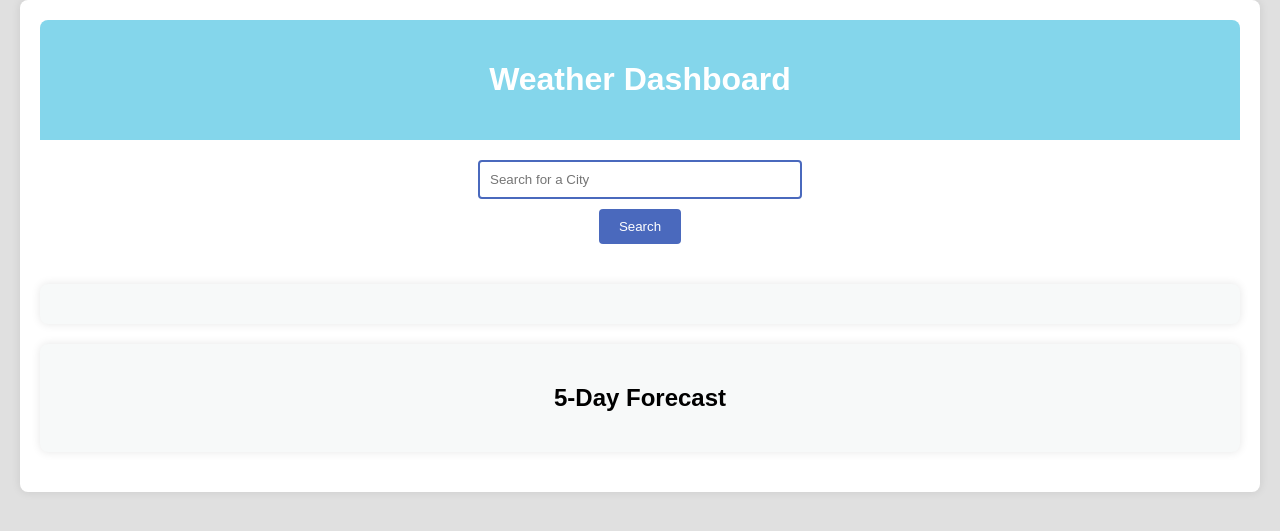
Repository: PaigeC001/WeatherOutlookTracker
Page: WeatherOutlookTracker/index.html
The author's editor kept a copy of each file at every save. The page is drawn from the files as they stood at one save, then again after the next save.
The browser window is 1280 px wide. The pictures show the whole page.

Above is the page before, as saved 2024-07-16 06:33:34.

### WeatherOutlookTracker/index.html
<!DOCTYPE html>
<html lang="en">
<head>
    <meta charset="UTF-8">
    <meta name="viewport" content="width=device-width, initial-scale=1.0">
    <title>Weather Dashboard</title>
    <link rel="stylesheet" href="styles.css">
</head>
<body>
    <div class="container">
        <!-- Added header section -->
        <header>
            <h1>Weather Dashboard</h1>
        </header>
        <main>
            <section class="search-section">
                <input type="text" id="city-input" placeholder="Search for a City">
                <button id="search-button">Search</button>
                <div id="search-history" class="search-history"></div>
            </section>
            <!-- Used sections with IDs for current weather and forecast -->
            <section id="current-weather" class="current-weather"></section>
            <section id="forecast" class="forecast">
                <h2>5-Day Forecast</h2>
                <div id="forecast-items" class="forecast-items"></div>

                <script src="script.js"></script>
</body>
</html>

### WeatherOutlookTracker/styles.css
body {
    font-family: Arial, sans-serif;
    background: #e0e0e0;
    margin: 0;
    padding: 0;
    box-sizing: border-box;
}

.container {
    max-width: 1200px;
    margin: 0 auto;
    padding: 20px;
    background: white;
    border-radius: 8px; /* Added border-radius */
    box-shadow: 0 0 10px rgba(0, 0, 0, 0.1);
}

header { /* Updated color scheme */
    text-align: center;
    background: #84d6eb;
    color: white;
    padding: 20px;
    border-radius: 8px 8px 0 0;
}

.search-section {
    display: flex;
    flex-direction: column;
    align-items: center;
    margin: 20px 0;
}

#city-input {
    width: 300px;
    padding: 10px;
    margin-bottom: 10px;
    border: 2px solid #4a69bd;
    border-radius: 4px; /* Added border-radius */
}

#search-button {
    padding: 10px 20px;
    background: #4a69bd;
    color: white;
    border: none;
    border-radius: 4px; /* Added border-radius */
    cursor: pointer;
}

#search-button:hover {
    background: #3b55a0;
}

.search-history {
    display: flex;
    flex-direction: column;
    align-items: center;
    margin-top: 20px;
}

.search-history button {
    width: 300px;
    padding: 10px;
    margin: 5px 0;
    background: #82ccdd;
    color: white;
    border: none;
    border-radius: 4px; /* Added border-radius */
    cursor: pointer;
}

.search-history button:hover {
    background: #60a3bc;
}

.current-weather, .forecast {
    margin: 20px 0;
    padding: 20px;
    background: #f7f9f9;
    border-radius: 8px; /* Added border-radius */
    box-shadow: 0 0 10px rgba(0, 0, 0, 0.1);
}

.current-weather h2 {
    margin: 0;
    padding-bottom: 10px;
    border-bottom: 2px solid #4a69bd;
}

.current-weather img {
    vertical-align: middle;
}

.forecast h2 {
    text-align: center;
    margin-bottom: 20px;
}

.forecast-items {
    display: flex;
    justify-content: space-between; /* Centered text and aligned forecast items in a flex container */
}

.forecast-item {
    flex: 1;
    padding: 10px;
    margin: 0 10px;
    background: #ffffff;
    border-radius: 8px; /* Added border-radius */
    text-align: center;
    box-shadow: 0 0 5px rgba(0, 0, 0, 0.1);
}

.forecast-item img {
    vertical-align: middle;
}

### WeatherOutlookTracker/script.js
const apiKey = 'fe4d8bc132a06db690ae7d80bd8988ae';

const searchButton = document.getElementById('search-button');
const cityInput = document.getElementById('city-input');
const currentWeather = document.getElementById('current-weather');
const forecastItems = document.getElementById('forecast-items');
const searchHistory = document.getElementById('search-history');

let cities = [];

searchButton.addEventListener('click', () => {
    const city = cityInput.value.trim();
    if (city && !cities.includes(city)) {
        cities.push(city);
        updateSearchHistory();
        getWeather(city);
    }
});

searchHistory.addEventListener('click', (event) => {
    if (event.target.tagName === 'BUTTON') {
        const city = event.target.textContent;
        getWeather(city);
    }
});

function updateSearchHistory() {
    searchHistory.innerHTML = '';
    cities.forEach(city => {
        const button = document.createElement('button');
        button.textContent = city;
        searchHistory.appendChild(button);
    });
}

function getWeather(city) {
    fetch(`https://api.openweathermap.org/data/2.5/weather?q=${city}&appid=${apiKey}&units=imperial`)
        .then(response => {
            if (!response.ok) {
                throw new Error('Network response was not ok');
            }
            return response.json();
        })
        .then(data => {
            displayCurrentWeather(data);
            return fetch(`https://api.openweathermap.org/data/2.5/forecast?q=${city}&appid=${apiKey}&units=imperial`);
        })
        .then(response => {
            if (!response.ok) {
                throw new Error('Network response was not ok');
            }
            return response.json();
        })
        .then(data => {
            displayForecast(data);
        })
        .catch(error => {
            console.error('Error fetching weather data:', error);
        });
}

function displayCurrentWeather(data) {
    const { name, dt, weather, main, wind } = data;
    currentWeather.innerHTML = `
        <h2>${name} (${new Date(dt * 1000).toLocaleDateString()}) <img src="https://openweathermap.org/img/wn/${weather[0].icon}.png" alt="${weather[0].description}"></h2>
        <p>Temp: ${main.temp} °F</p>
        <p>Wind: ${wind.speed} MPH</p>
        <p>Humidity: ${main.humidity}%</p>
    `;
}

function displayForecast(data) {
    forecastItems.innerHTML = '';

    const dailyForecasts = [];
    const currentDate = new Date();
    currentDate.setHours(0, 0, 0, 0);

    for (let i = 0; i < data.list.length; i++) {
        const forecast = data.list[i];
        const forecastDate = new Date(forecast.dt * 1000);
        forecastDate.setHours(0, 0, 0, 0);

        if (forecastDate <= currentDate) {
            continue;
        }

        if (dailyForecasts.length === 0 || forecastDate.getDate() !== new Date(dailyForecasts[dailyForecasts.length - 1].dt * 1000).getDate()) {
            dailyForecasts.push(forecast);
        }

        if (dailyForecasts.length === 5) {
            break;
        }
    }

    dailyForecasts.forEach((item) => {
        const { dt, weather, main, wind } = item;
        const forecastItem = document.createElement('div');
        forecastItem.className = 'forecast-item';
        forecastItem.innerHTML = `
            <p>${new Date(dt * 1000).toLocaleDateString()}</p>
            <img src="https://openweathermap.org/img/wn/${weather[0].icon}.png" alt="${weather[0].description}">
            <p>Temp: ${main.temp} °F</p>
            <p>Wind: ${wind.speed} MPH</p>
            <p>Humidity: ${main.humidity}%</p>
        `;
        forecastItems.appendChild(forecastItem);
    });
}

After the next save:
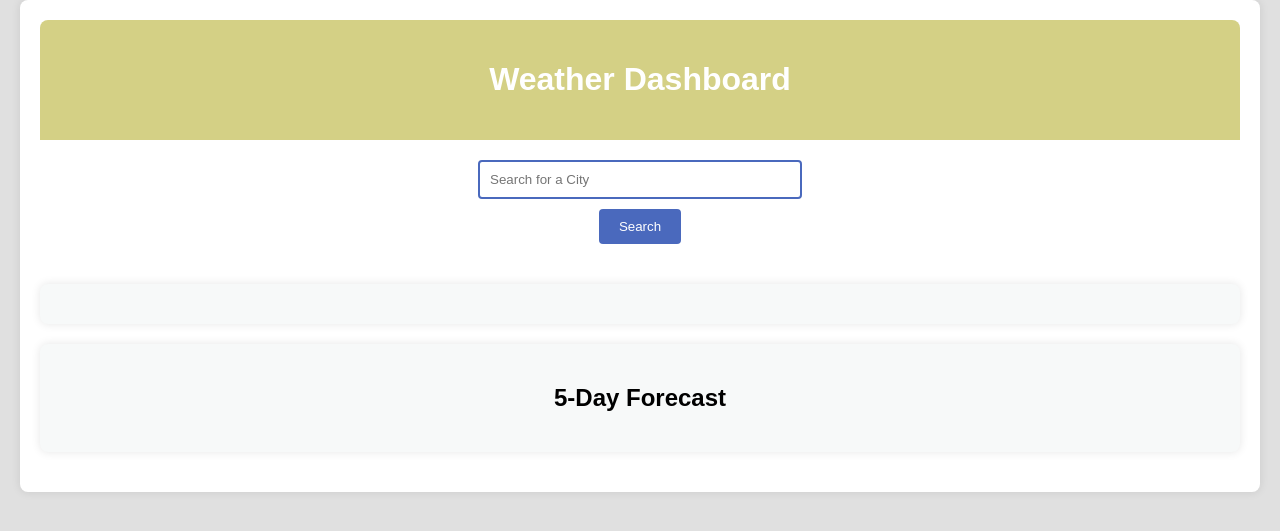
Saved 30 s later.
--- a/WeatherOutlookTracker/styles.css
+++ b/WeatherOutlookTracker/styles.css
@@ -17,7 +17,7 @@ body {
 
 header { /* Updated color scheme */
     text-align: center;
-    background: #84d6eb;
+    background: #d4d085;
     color: white;
     padding: 20px;
     border-radius: 8px 8px 0 0;
